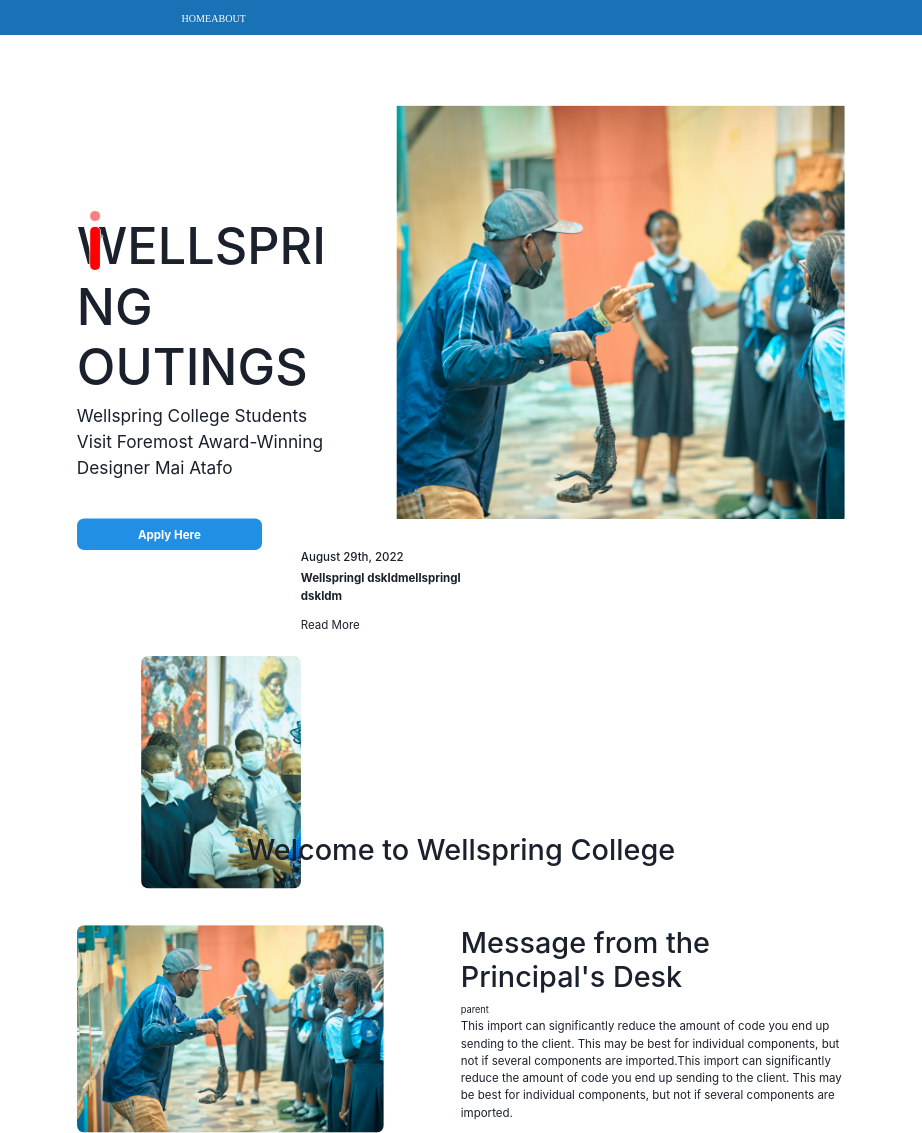
Repository: gr8skills/wellspring-school-forked
Page: /
An editor plug-in stored every save of this project. The page is shown before and after the next save, followed by the edit.
The browser window is 1280 px wide. The pictures show the whole page, at 72% of full size.
The project was rebuilt for these pictures with package versions that can differ from the ones it lists, and the page was loaded fresh each time. Also part of the build but not shown: src/components/Navbar/Dropdown.scss, src/components/Navbar/Dropdown.js, src/components/Calendar/Calendar.js.

Above is the page before, as saved 2022-12-01 18:09:14.

### src/index.css
body {
  /* margin: 0;
  font-family: -apple-system, BlinkMacSystemFont, 'Segoe UI', 'Roboto', 'Oxygen',
    'Ubuntu', 'Cantarell', 'Fira Sans', 'Droid Sans', 'Helvetica Neue',
    sans-serif;
  -webkit-font-smoothing: antialiased;
  -moz-osx-font-smoothing: grayscale; */
}

/* code {
  font-family: source-code-pro, Menlo, Monaco, Consolas, 'Courier New',
    monospace;
} */

### src/App.js
import logo from './logo.svg';
import './App.css';
import { BrowserRouter, Routes, Route, Link, Outlet } from "react-router-dom";
import "bootstrap/dist/css/bootstrap.min.css";

import NavBar from './components/Navbar/Navbar';
import { Home } from './pages/Home/Home';

function App() {
  return (


    <BrowserRouter>
      <NavBar />

      <Routes>
        <Route path="/" element={<Home />} />
        {/* <Route path="users" element={<Users />}>
          <Route path="me" element={<OwnUserProfile />} />
          <Route path=":id" element={<UserProfile />} />
        </Route> */}
      </Routes>
    </BrowserRouter>
  );
}

export default App;

### src/App.css
body{
}

.App {
  text-align: center;
    background-color:black;

}

.App-logo {
  height: 40vmin;
  pointer-events: none;
}

@media (prefers-reduced-motion: no-preference) {
  .App-logo {
    animation: App-logo-spin infinite 20s linear;
  }
}


@keyframes App-logo-spin {
  from {
    transform: rotate(0deg);
  }
  to {
    transform: rotate(360deg);
  }
}

### src/pages/Home/Home.js

import Carousel from "react-bootstrap/Carousel";
import Slider1 from "../../assets/slider1.png";
import Slider2 from "../../assets/slider2.png";
import { Sliders } from "../../components/Sliders/Sliders";
import { Button, ButtonGroup } from "@chakra-ui/react";

import "./_home.scss";
import { AppButton } from "../../components/AppButton/AppButton";
import { Calendar } from "../../components/Calendar/Calendar";
import { News } from "../../components/News/News";
export const Home =()=>{
    return (
      <>
        <div className="home-page-trans col-md-12 flexy">
          <div className="col-md-1">&nbsp;</div>
          <div className="col-md-10">
            {" "}
            <Carousel fade>
              <Carousel.Item>
                <div className="col-md-12 flexy">
                  <div className="col-md-4 slider-label">
                    <h1>Beyond the Classroom</h1>
                    <p>
                      Wellspring College Students Visit Foremost Award-Winning
                      Designer Mai Atafo
                    </p>
                  </div>
                  <div className="col-md-1">&nbsp;</div>
                  <div className="col-md-7">
                    <img
                      className="col-md-12 imgCaro"
                      src={Slider1}
                      alt="Scholar"
                    />
                  </div>
                </div>
              </Carousel.Item>

              <Carousel.Item>
                <div className="col-md-12 flexy">
                  <div className="col-md-4 slider-label">
                    <h1>WELLSPRING OUTINGS</h1>
                    <p>
                      Wellspring College Students Visit Foremost Award-Winning
                      Designer Mai Atafo
                    </p>
                  </div>
                  <div className="col-md-1">&nbsp;</div>

                  <div className="col-md-7">
                    <img
                      className="col-md-12 imgCaro"
                      src={Slider2}
                      alt="Scholar"
                    />
                  </div>
                </div>
              </Carousel.Item>
            </Carousel>
            <AppButton text="Apply Here" />
            {/* <Calendar month="Nov" day="10" year="2022" event="Open Day" time="10:00am-3:00pm"/> */}
            <News />
          </div>
        </div>
        <div className="col-md-12 welcome-message-title">
          <Sliders
            header="Welcome to Wellspring College"
            message="This import can significantly reduce the amount of code you end up sending to the client. This may be best for individual components, but not if several components are imported.This import can significantly reduce the amount of code you end up sending to the client. This may be best for individual components, but not if several components are imported."
            sliderImg={Slider2}
            title="Message from the Principal's Desk"
            speaker="parent"
          />
        </div>
      </>
    );
}

### src/components/Navbar/MenuItems.js
export const navMenus = {
    about: [
        // {title: 'About ' + process.env.REACT_APP_SITE_NAME, path: '/about', cName: 'dropdown-link'},
        // {title: 'Administrator’s Message', path: '/about/administrators-message', cName: 'dropdown-link'},
        // {title: 'Proprietor’s Message', path: '/about/proprietors-message', cName: 'dropdown-link'},
        // {title: 'History of the School', path: '/about/history', cName: 'dropdown-link'},
        // {title: 'Contact Us', path: '/about/contact-us', cName: 'dropdown-link'},
    ]
}

export default navMenus;

### src/components/Navbar/NavBar.module.css


.navCont{
    position: relative;
    /* display: flex; */
    width:25%;
    /* justify-content: space-between; */
    /* margin: 0 auto; */
    /* max-height: 5rem; */
    padding-left:220px;

}

.nav-links{
    font-size:10px !important;
}


.imgCont{
    position: relative;
}

/* .imgContent{
    position: absolute;
    z-index: 1;
    height: 6vw;

} */

/* .btnPortal{
    background-color: #4CA14900;
    color: #fff;
    height: 2.5rem;
    width: 7rem;
    font-size: 18px;
    border-radius: 5px;
    position: relative;
    outline: 0;
    border: 0;
    transition: 1.5s scale linear;
} */

/* .btnPortal:focus{
    outline: 0;
    border: 0;
} */

/* .btnPortal:hover{
    transform: scale(1.02);
    background-color: #4CA149CF;
} */

/* .fIcon{
    width: 30px;
    height: 30px;
    padding: 5px 5px;
    transform: translate(-6px, -1px);
} */

/* @media screen and (max-width: 960px) {
    .navCont{
        position: relative;
        display: flex;
        width: 100%;
        justify-content: space-between;
        margin: 0 auto;
        max-height: 5rem;

    }

    .imgContent{
        position: absolute;
        z-index: 1;
        height: 16vw;

    }

}


 */

### src/components/Navbar/_navbar.scss
@import "../../variables";





.navContainer{
    background:$themecolor;
    min-height: 3rem;
    position: fixed;
    z-index: 1;
    right: 0;
    width: 100%;
    top: 0;
}


.nav-list{
    display: flex;
    max-width: 70%;
    width: 70%;
    justify-content: space-between;
    list-style: none;
    color: #fff;
    font-family: monserat;
    transform: translateY(54%);
    margin: 0 !important;
}

.nav-list li{
    line-height: 25px;
    text-align: center;
    margin: 0;
    font-size: 14px;

}

/* .nav-list li a{
    color: #fff;
} */


.nav-item {
    height: auto;
    justify-content: center;
    display: flex;
}

.menu-icon{
    display: none;
}




.nav-links {
    color: #fff;
    display: flex;
    align-items: center;
    text-decoration: none;
    height: 100%;
    transition: all 0.2s ease-out;

}

.nav-links:hover {
    background-color: #fff;
    text-decoration: none;
    // padding:5px;
    color:$themecolor;
}


@media screen and (max-width: 600px) {
    .ph{
        display: none;
    }

@media screen and (max-width: 960px) {
    .nav-list{
        display: none;
    }
}

    .menu-icon{
        display: block;
    }

    .nav-list{
        display: flex;
        flex-direction: column;
        position: absolute;
        height: 42rem;
        width: 100%;
        max-width: 100% !important;
        top: 48px;
        transform: translateY(4%);
        /* z-index: 999; */
        opacity: 1;
        right: -100%;
        transition: all .5s linear;
    background-color: #4CA149;

    }
.mainMenu li a{
    line-height:20px !important;

}
    .nav-list.active{
        transition: all 0.3s ease-out;
        visibility: visible;
        transition: all .5s linear;
        right: 0;
        /* z-index: 1; */
    }

    .nav-list.active li {
        font-size: 4vw;
        position: relative;
        margin: 30px 0;
    }


    .fa-times{
        position: relative;
        float: right;
        width: 100%;
    }

    .fa-times, .fa-bars{
        font-size: 40px;
        color: #feed00;
        transition: all 1.5ms linear;
        transform: translate(-29px, 17px);

    }
.nav-links{
    display:none;
}
}




@media screen and (min-width: 960px) {
    .wrapper{
        display:none;
    }
}



/*for sidenav*/




.ph:hover{
    background-color:rgb(255, 165, 0) !important;
    opacity:1 !important
}
.wrapper{
    position: absolute;
    top: 50%;
    left: 50%;
    transform: translate(-50%, -50%);

}
.mainMenu{
    width: 250px;
    display: block;
    border-radius: 10px;
    overflow: hidden;
}
.mainMenu a{
  font-size:20px !important;
  font-weight:bold !important;
      font-family: monserat;
      /* margin-bottom:-20px; */
}
.item{
    border-top: 1px solid orange;
    overflow: hidden;
margin: top 0;
line-height: 20px !important;
}
.btn{
    display: block;
    padding: 15px 20px;
    color: #fff;
    position: relative;
    padding-left:5px !important;
    /* text-align:left !important; */

}
.btn:before{
    content: '';
    position: absolute;
    width: 0;
    height: 0;
    border-left: 8px solid transparent;
    border-right:8px solid transparent;
    /* border-top:10px solid rgba(0,128,0,0.9); */
    right: 15px;
    bottom: -10px;
    z-index: 9;

}
.btn i {
    margin-right: 7px;
    margin-left: -5px;
    font-size: 13px;
}
.subMenu{
    /* background:#A3DA8D !important; */
      overflow: hidden;
        /* background:rgba(78,161,73, 0.1)!important; */
        background:rgba(178,161,173, 0.1)!important;

    transition: max-height 0.7s;
max-height: 0;
z-index:300000000 !important;
position:relative !important;

}
.subMenu a{
    display: block;
    /* padding: 5px 10px !important; */
    color: #fff !important;
    font-size: 14px !important;
    border-bottom: 1px solid #394c7f;
    position: relative;
    margin-top:5px !important;


}
.subMenu a:before{
    content: '';
    opacity: 0;
    transition: opacity 0.3s;

}
.subMenu a:hover:before{
    content: '';
    position: absolute;
    height: 0;
    width: 6px;
    left: 0;
    top:0;
    opacity: 1;
    /* background-color: #d8d824; */
    border-top: 24px solid transparent;
    border-left: 11px solid #ffffff;
    border-bottom: 24px solid transparent;
}
.subMenu a:after{
    content: '';
    opacity: 0;
    transition: opacity 0.3s;

}
.subMenu a:hover:after{
    content: '';
    position: absolute;
    height: 0;
    width: 6px;
    right: 0px;
    top:0;
    opacity: 1;
    /* background-color: #d8d824; */
    border-top: 24px solid transparent;
    border-right: 11px solid #ffffff;
    border-bottom: 24px solid transparent;
}
.subMenu a:hover{
   background-color:orange;
    transition: all 0.3s;
    border-bottom: 2px solid #394c7f;
}
.subMenu a:last-child{
    border:none;
}
.item:target .subMenu{
    max-height: 300px;
        /* transition: max-height 0.7s !important; */

}

.login{
  background-color:#ED2f59;
  padding:5px 14px 5px 14px !important;
  border-radius:5px;
margin-right:55px;
margin-left:30px;
font-family: 'Poppins', sans-serif;

  }



.portal{
  background-color:rgb(221, 156, 35);
  /* padding:7px; */
  width:120px;
  margin-left:50px;
  border-radius:5px;
 padding:7px !important;
 font-size:5px !important;
 color:white !important;
    /* padding-bottom:6px !important; */
  margin-top:20px !important;
   font-size:11px !important;
      text-decoration: none;

  }

  .portal a{

  }

### src/components/Sliders/Sliders.js
import './_sliders.scss'

export const Sliders=(props)=>{
    return (
      <>
        <div className="col-md-12 slider-header">
          <h1>{props.header}</h1>
        </div>
        <div className="col-md-12 flexy slider-container">
          <div className="col-md-1">&nbsp;</div>
          <div className="col-md-4">
            <img
              className="col-md-12 imgCaro"
              src={props.sliderImg}
              alt="Scholar"
            />
          </div>
          <div className="col-md-1">&nbsp;</div>
          <div className="col-md-5">
            <h1>{props.title}</h1>
            <small>{props.speaker}</small>
            <p>{props.message}</p>
          </div>
        </div>
      </>
    );
}

### src/pages/Home/_home.scss
@import "../../variables";
@import "../../shared-styles";



.home-page-trans{
    img{
            margin-top:147px;
            height:100% !important;

    }
    .slider-label{
        margin-top:300px;
        h1{
                    font-size:70px;

        }
        p{
            font-size:24px;
        }
    }
    .carousel {
    position: relative;
    z-index: 0;

}
.carousel-inner {
    position: relative;
    width: 100%;
    overflow: hidden;
    height: 100vh;
}

.imgCaro{
    width: 100%;
    height: 100%;
    object-fit: cover;
}

.carousel-indicators > button.active {
    opacity: 1;
    max-width: 14px !important;
    max-height:60px  !important;
    min-width: 14px !important;
    min-height:60px  !important;
    background-color: red !important;
    border-color: #fff !important;
    outline: none;
    border: none;
    border-radius: 7px !important;

}

.carousel-indicators button{
    max-width: 14px !important;
    max-height: 14px !important;
    min-width: 14px !important;
    min-height: 14px !important;
    margin: 3px 5px !important;
    border-radius: 7px !important;
    background-color: red!important;
    border: 1px solid #fff !important;
    transition: all .5s linear ;

}

.carousel-indicators button:focus{
        outline:0;
        border-color: #4287BD;
}
.carousel-indicators  {
    position: absolute;
    right: 0;
    bottom: 10px;
    left: 0;
    z-index: 15;
    display: flex;
    flex-direction: column;
    height: 100%;
    justify-content: center;
    padding-left: 0;
    margin-right: 0;
    margin-left: 1vw;
    list-style: none;
    outline: none;
    border: none;
}

.carousel-control-next {
    left: 1vw;
    transform: rotate(-91deg);
    position: absolute;
    margin-top: 15% !important;
    justify-content: right !important;
    height: 10px;
    width: 18px !important;
    font-size: 50px;

}
.carousel-control-prev {
    left: 1.5vw;
    transform: rotate(91deg) !important;
    position: absolute;
    margin-top: 30% !important;
    justify-content: right !important;
    height: 10px;
    font-size: 50px;
    width: 20px !important;
}
// .carousel-control-prev::after{
//     content: url('../../assets/DownArrows.svg');
//     background-color: red;
//     font-size: 54px;
//     z-index: 100;
//     right: 0;
//     width: 20px;
//     height: 80px;
// }
// .carousel-control-next::after{
//     content: url('../../assets/DownArrows.svg');
//     background-color: red !important;
//     font-size: 54px;
//     z-index: 1000000000000000000000000000;
//     position:relative;
//     right: 0;
//     width: 20px;
//     height: 80px;
// }
}

### src/components/AppButton/AppButton.js
import { Button, ButtonGroup } from "@chakra-ui/react";
import "./_app-button.scss";
export const AppButton =(props)=>{
    return (
      <button className="app-button">
        {props.text}
      </button>
    );
}

### src/components/News/News.js
import "./_news.scss";
import Slider1 from "../../assets/slider1.png";
import { Link, NavLink } from "react-router-dom";

export const News=()=>{
return (
  <>
    <div className="col-md-6 flexy news-container">
      <div className="col-md-2">&nbsp;</div>
      <div className="col-md-10 flexy">
        <div className="col-md-6">
          {" "}
          <img className="col-md-12 imgCaro" src={Slider1} alt="Scholar" />
        </div>
        <div className="col-md-6">
          <h6>August 29th, 2022</h6>
          <p>
            <strong>Wellspringl dskldmellspringl dskldm</strong>
          </p>
          <Link to="#">Read More</Link>
        </div>
      </div>
    </div>
  </>
);
}

### src/_variables.scss
$themecolor:#1972B6;
$themecolor2:rgb(32,143,228);

### src/components/Sliders/_sliders.scss
@import "../../variables";
@import "../../shared-styles";


.slider-header{
    text-align: center;
    margin-top:70px;
    margin-bottom:80px;
    font-size:50px;
}
.slider-container{
    img{
         position: relative;
    width: 100%;
    overflow: hidden;
    height: 40vh;
    border-radius:10px;;
            object-fit: cover;

    }
}

### src/_shared-styles.scss
@media screen and (max-width:620px){
    .flexyM{
        display:flex;
    }
}@media screen and (min-width:620px){
    .flexy{
        display:flex;
    }
}

### src/components/AppButton/_app-button.scss
@import "../../shared-styles";
@import "./overides";
@import "../../variables";

.app-button{
    background-color:$themecolor2;
    color:white;
    padding:10px 85px;
    font-weight:bold;
    border-radius:10px;
}

### src/components/Calendar/_calendar.scss
@import "../../shared-styles";
@import "../../variables";



.calendar-container{
    .calendar-box{
background-color:$themecolor2;
height:100px;
width:110px;
border-radius: 10px;
color:#fff;
    text-align: center;
    padding:10px 0;

    }
    p{
        color:grey;
    }
    .calendar-day{
        font-size:35px;
    }
    .calendar-description{
        font-size:25px;
    }
}

### src/components/News/_news.scss
@import "../../shared-styles";
@import "../../variables";
.news-container{
    img{
        width:100%;
        border-radius: 10px;;
    }
}

### src/components/AppButton/_overides.scss
@import "../../variables";



.css-jut409{
    background-color:$themecolor;
    padding:140px !important;
}

Loaded but not shown: public/index.html (common file); src/index.js (common file); src/reportWebVitals.js (common file); src/components/Navbar/Navbar.js (300 lines, source omitted)

After the next save:
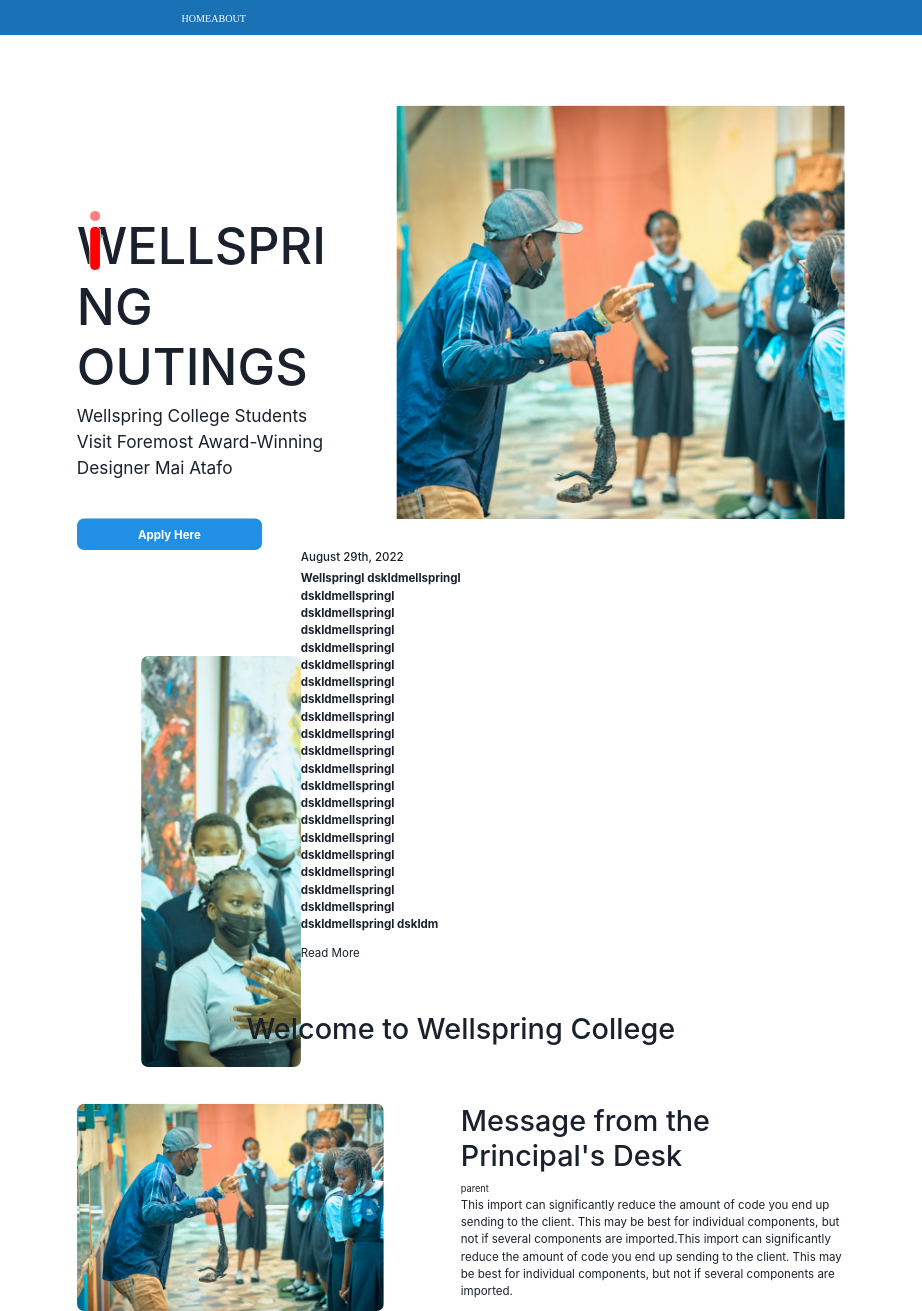
Saved 6 s later.
--- a/src/components/News/News.js
+++ b/src/components/News/News.js
@@ -15,7 +15,7 @@
         <div className="col-md-6">
           <h6>August 29th, 2022</h6>
           <p>
-            <strong>Wellspringl dskldmellspringl dskldm</strong>
+            <strong>Wellspringl dskldmellspringl dskldmellspringl dskldmellspringl dskldmellspringl dskldmellspringl dskldmellspringl dskldmellspringl dskldmellspringl dskldmellspringl dskldmellspringl dskldmellspringl dskldmellspringl dskldmellspringl dskldmellspringl dskldmellspringl dskldmellspringl dskldmellspringl dskldmellspringl dskldmellspringl dskldmellspringl dskldmellspringl dskldm</strong>
           </p>
           <Link to="#">Read More</Link>
         </div>
